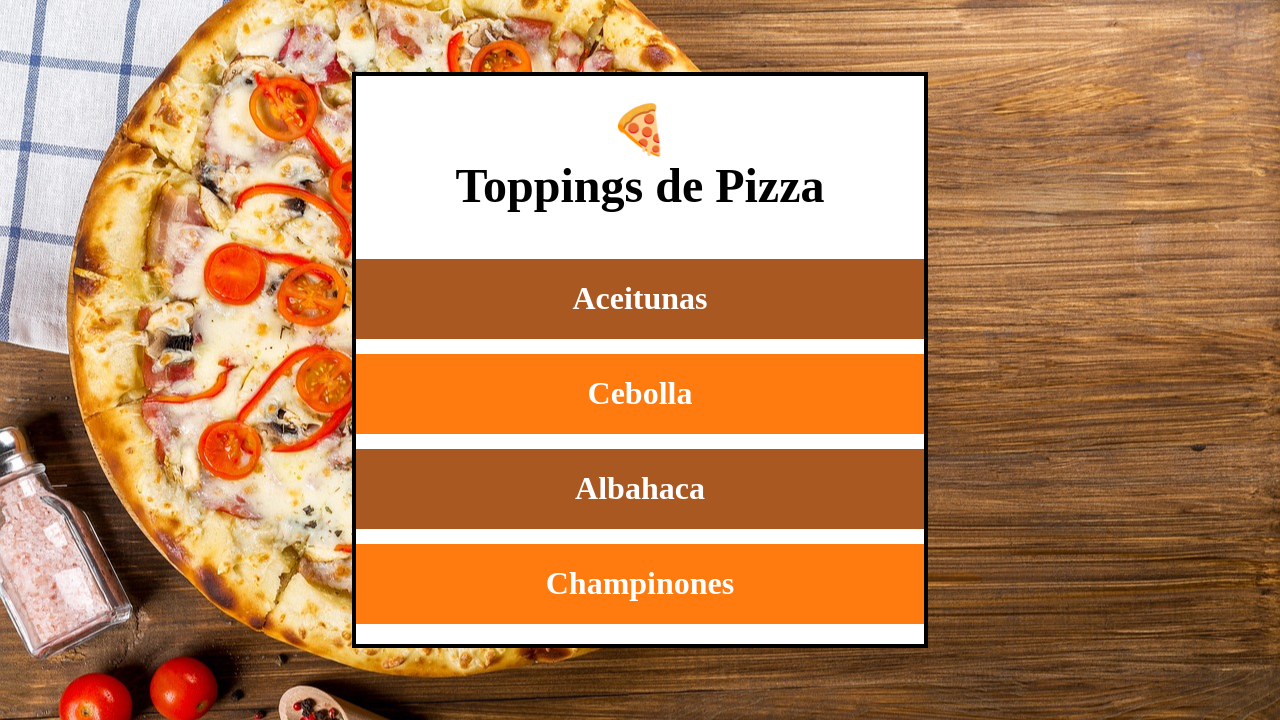
Repository: JoyMoGas/javascript-learn
Page: toppings-de-pizza/index.html
An editor plug-in stored every save of this project. The page is shown before and after the next save, followed by the edit.
The browser window is 1280 px wide. The pictures show the whole page.

Above is the page before, as saved 2024-05-07 17:31:23.

### toppings-de-pizza/index.html
<!DOCTYPE html>
<html lang="en">
  <head>
    <meta charset="UTF-8" />
    <meta name="viewport" content="width=device-width, initial-scale=1.0" />
    <link rel="stylesheet" href="styles.css">
    <title>Mis Toppings</title>
  </head>
  <body>
    <div id="contenedor">
      <h1 id="titulo">🍕 <br> Toppings de Pizza</h1>
      <ul id="lista-toppings">
        <li class="topping fondo-marron" id="aceitunas">Aceitunas</li>
        <li class="topping fondo-naranja">Cebolla</li>
        <li class="topping fondo-marron" id="Albahaca">Albahaca</li>
        <li class="topping fondo-naranja">Champinones</li>
      </ul>
    </div>


    <script src="app.js"></script>
  </body>
</html>

### toppings-de-pizza/styles.css
/* Estilos generales */

* {
  margin: 0;
  padding: 0;
  box-sizing: border-box;
  font-display: 'Lato', sans-sherif;
}

body {
  display: flex;
  justify-content: center;
  align-items: center;
  height: 100vh;
  text-align: center;
  background: url(imagenes/pizza.jpg) no-repeat center/cover;
}

/* Contenido */

#contenedor {
  display: flex;
  flex-wrap: wrap;
  justify-content: center;
  align-items: center;
  min-height: 80vh;
  width: 80vh;
  max-width: 600px;
  background-color: white;
  border: 4px solid black;
}

h1 {
  font-size: 3rem;
  width: 100%;
  margin: 20px 10px;
}

ul {
  width: 100%;
  height: 100%;
}

.topping {
  font-size: 2rem;
  font-weight: bold;
  color: white;
  display: flex;
  flex-wrap: wrap;
  justify-content: center;
  align-items: center;
  width: 100%;
  height: 80px;
  margin: 15px 0;
}

.fondo-marron {
  background-color: #aa5822;
}

.fondo-naranja {
  background-color: #ff7b0f;
}

### toppings-de-pizza/app.js
/*
const primerTopping = document.querySelector('.topping');

console.log(primerTopping.style);
* Cambiando el estilo con javascript
primerTopping.style.backgroundColor = 'blue';
primerTopping.style.color = '#6dff00';
primerTopping.style.textTransform = 'uppercase';
*/

After the next save:
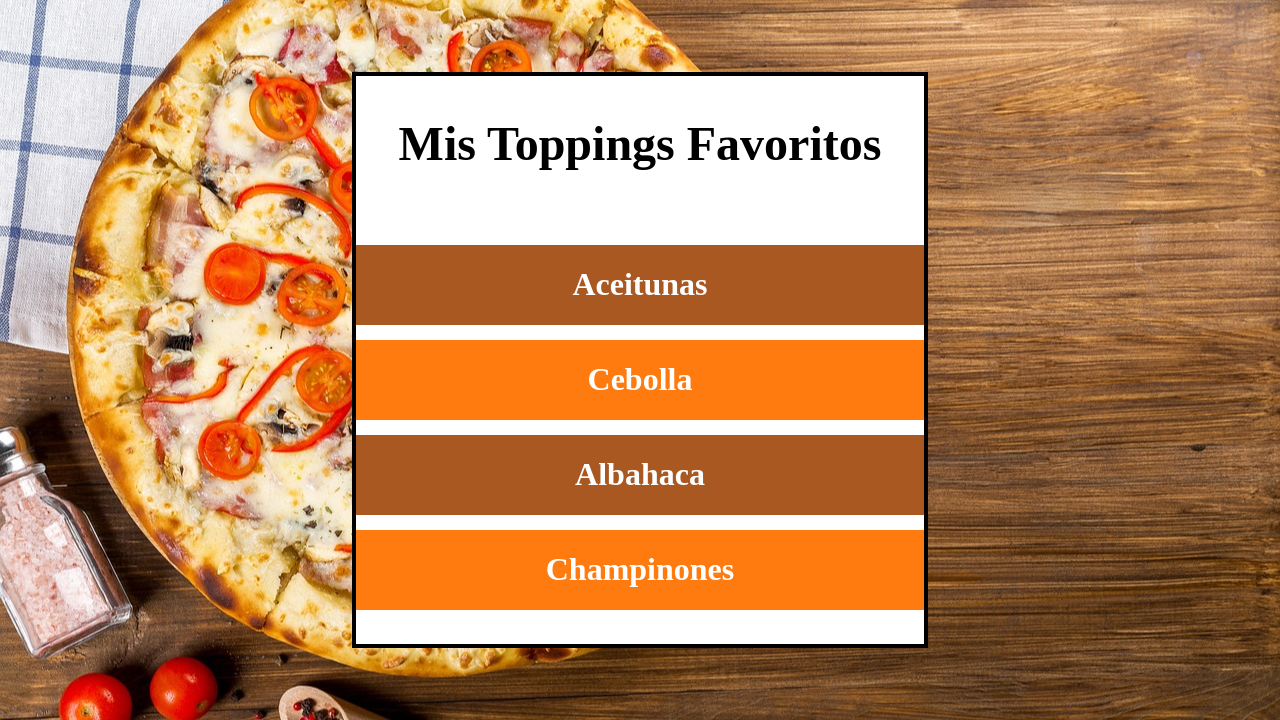
Saved 22 h 35 min later.
--- a/toppings-de-pizza/app.js
+++ b/toppings-de-pizza/app.js
@@ -7,3 +7,10 @@
 primerTopping.style.color = '#6dff00';
 primerTopping.style.textTransform = 'uppercase';
 */
+
+// const listaDeToppings = document.getElementById('lista-toppings')
+// innerText - textContent -> retorna texto
+// innerHTML -> retorna los elementos HTML
+
+const titulo = document.getElementById('titulo')
+titulo.innerText = 'Mis Toppings Favoritos'

After the 2 saves that followed:
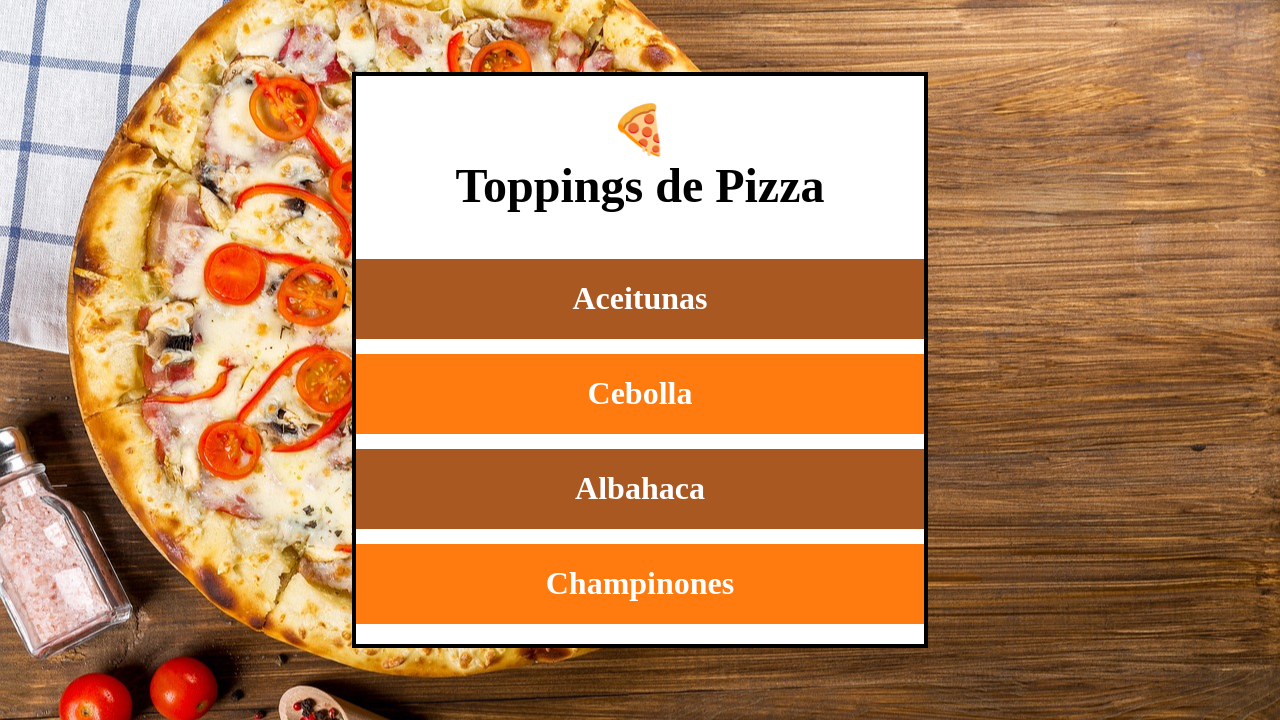
The 2 saves are shown as one change because 1 left the picture as it was.
The last was saved 7 min 28 s later.
--- a/toppings-de-pizza/app.js
+++ b/toppings-de-pizza/app.js
@@ -12,5 +12,19 @@
 // innerText - textContent -> retorna texto
 // innerHTML -> retorna los elementos HTML
 
-const titulo = document.getElementById('titulo')
-titulo.innerText = 'Mis Toppings Favoritos'
+/*
+* Modificar contenido de elemento
+const titulo = document.getElementById('titulo');
+titulo.innerText = 'Mis Toppings Favoritos';
+*/
+
+const enlaces = document.getElementsByTagName('a')
+// console.log(enlaces[0].getAttribute('href')) // * removeAttribute
+// console.log(enlaces[0].getAttribute('href', 'Modificar el atributo'))
+
+/*
+* AGREGAR/MODIFICAR CLASES
+*/
+const primerTopping = document.querySelector('.topping');
+primerTopping.classList.add('texto-verde');
+console.log(primerTopping.classList);
